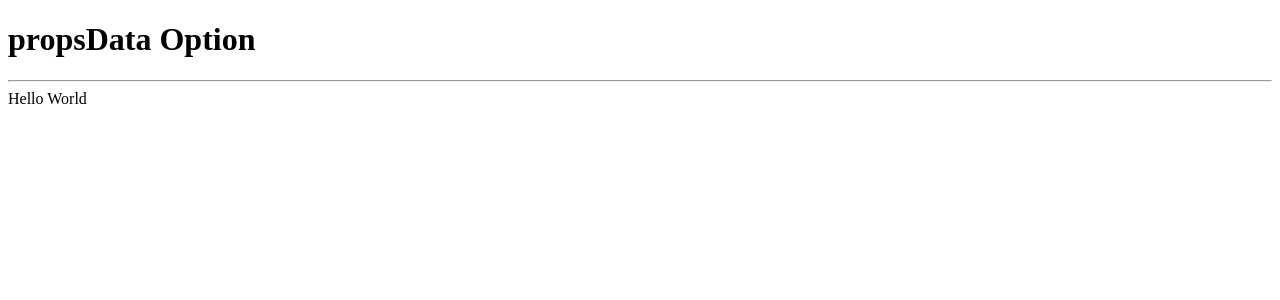
Repository: 13982720426/vue2.0-LearningNotes
Page: example/propsData.html
An editor plug-in stored every save of this project. The page is shown before and after the next save, followed by the edit.
The browser window is 1280 px wide. The pictures show the whole page.

Above is the page before, as saved 2021-06-25 19:16:33.

After the next save:
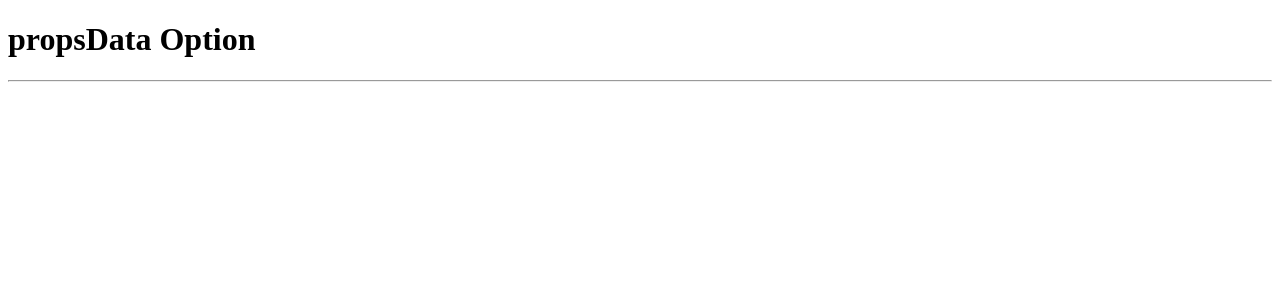
Saved 18 s later.
--- a/example/propsData.html
+++ b/example/propsData.html
@@ -10,14 +10,6 @@
   <body>
     <h1>propsData Option</h1>
     <hr />
-    <div id="app">{{message}}</div>
-    <script type="text/javascript">
-      var app = new Vue({
-        el: '#app',
-        data: {
-          message: 'Hello World',
-        },
-      });
-    </script>
+    <script type="text/javascript"></script>
   </body>
 </html>
